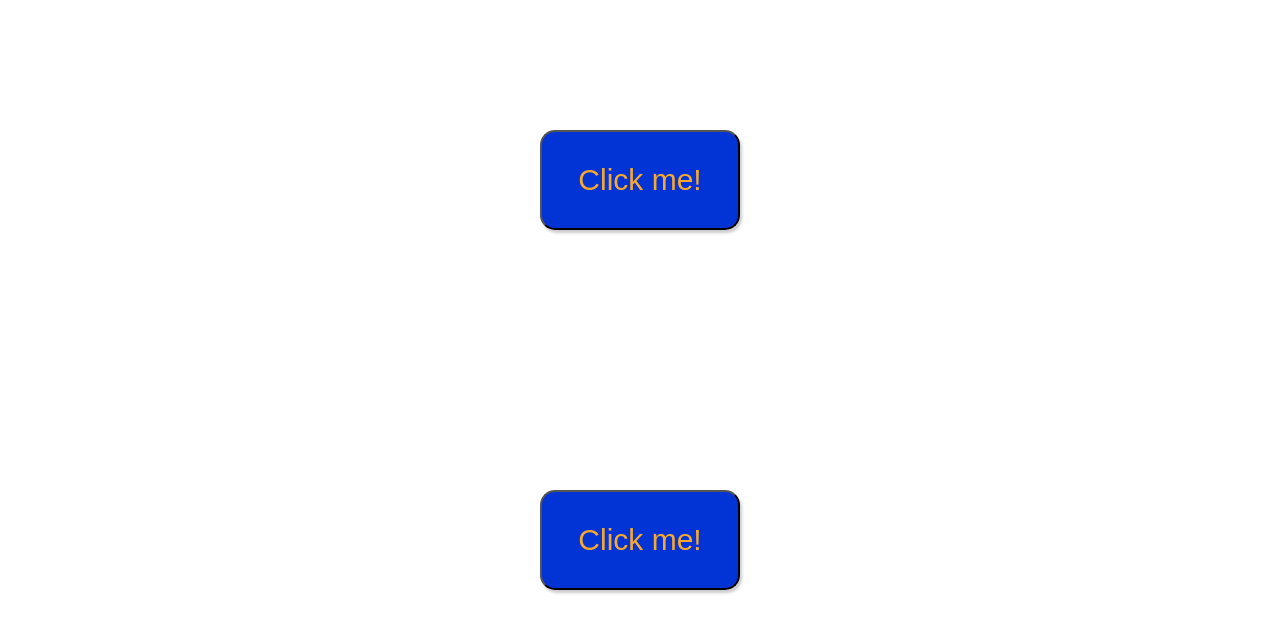
Repository: KrzysKolo/sr_tydzien4_zad5
Page: /
An editor plug-in stored every save of this project. The page is shown before and after the next save, followed by the edit.
The browser window is 1280 px wide. The pictures show the whole page.
The project was rebuilt for these pictures with package versions that can differ from the ones it lists, and the page was loaded fresh each time.

Above is the page before, as saved 2020-12-17 15:46:14.

After the next save:
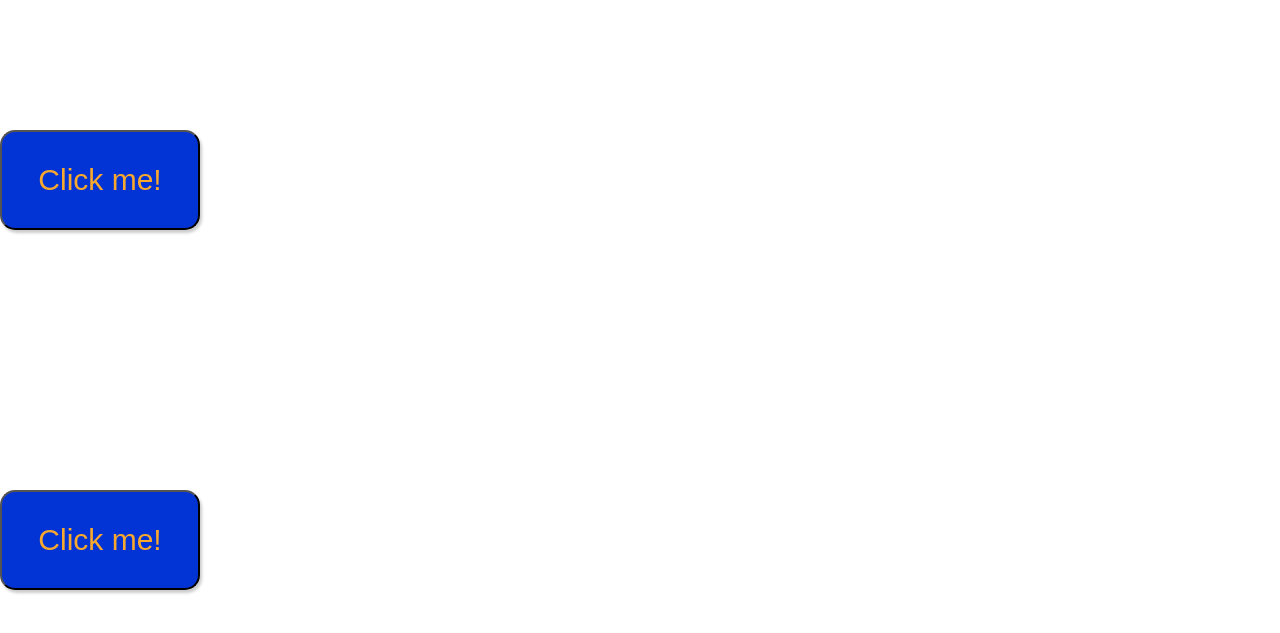
Saved 4 min 22 s later.
--- a/src/App.css
+++ b/src/App.css
@@ -4,7 +4,7 @@
   display: flex;
   flex-direction: column;
   justify-content: center;
-  align-items: center;
+  align-items: flex-start;
 }
 .btn {
   background-color: rgb(2, 51, 213);
